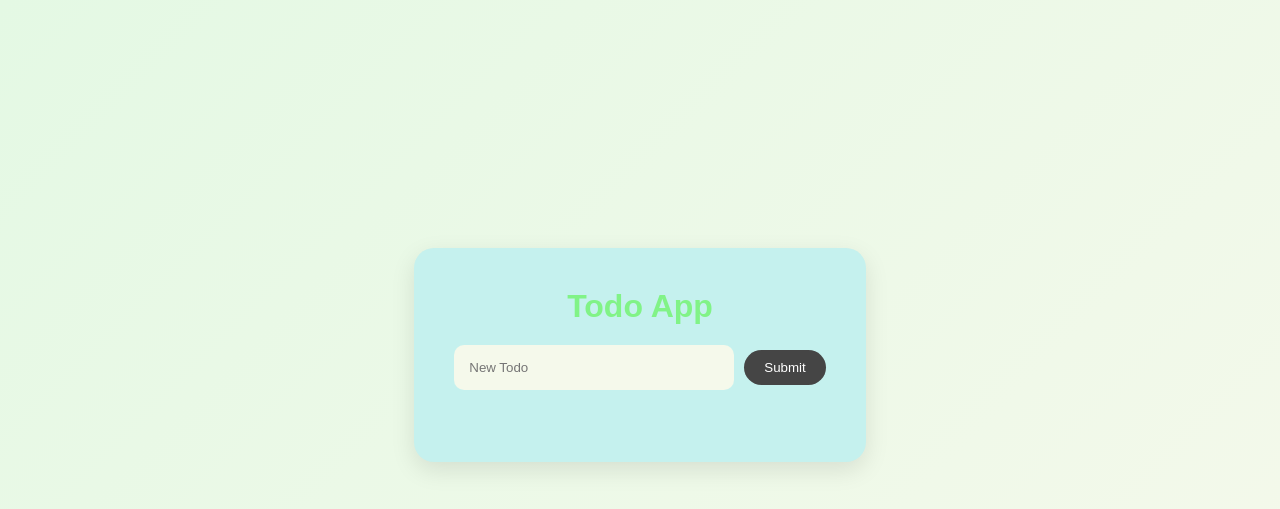
Repository: Subhadeep2609/Todo_React
Page: /
These files come from the project's save history. The page is drawn as it stood at one moment and after the next save; the edit follows.
The browser window is 1280 px wide. The pictures show the whole page.
The pointer rests on the first visible `.heading`.
The project was rebuilt for these pictures with package versions that can differ from the ones it lists, and the page was loaded fresh each time. Also part of the build but not shown: vite.config.js.

Above is the page before, as saved 2025-09-04 13:49:43.

### src/index.css
/* Reset */
* {
  padding: 0;
  margin: 0;
  box-sizing: border-box;
}

body {
  background: linear-gradient(135deg, #e4f9e4, #f5f9eb);
  height: 100vh;
  display: flex;
  justify-content: center;
  align-items: center;
  font-family: "Poppins", sans-serif;
}
.heading{
  /* font-size:20px; */
  text-align: center;
  margin-bottom: 20px;
  color:#2e7d32;
}
.heading:hover{
  color:#81f387
}
/* Container */
.container {
  background: #c5f1ee;
  padding: 40px;
  border-radius: 20px;
  box-shadow: 0 8px 25px rgba(0, 0, 0, 0.1);
  min-width: 400px;
  transition: transform 0.3s ease;
}

.container:hover {
  transform: translateY(-5px);
}

/* Input */
input {
  padding: 15px;
  border: none;
  outline: none;
  background: #f5f9eb;
  width: 280px;
  margin-right: 10px;
  border-radius: 10px;
  transition: box-shadow 0.3s ease;
}

input:focus {
  box-shadow: 0 0 8px rgba(0, 150, 136, 0.4);
}

/* Button */
button {
  border-radius: 100px;
  background: #454545;
  padding: 10px 20px;
  outline: none;
  border: none;
  color: #fff;
  cursor: pointer;
  font-weight: 500;
  transition: all 0.3s ease;
}

button:hover {
  background: #2e7d32;
  transform: scale(1.05);
}

/* Todos List */
.todos-list {
  margin-top: 2rem;
  animation: fadeIn 0.6s ease-in-out;
}

/* Todo Item */
.todo {
  list-style: none;
  display: flex;
  justify-content: space-between;
  align-items: center;
  background: #f5f9eb;
  padding: 12px 20px;
  margin: 10px 0;
  border-radius: 12px;
  box-shadow: 0 4px 12px rgba(0, 0, 0, 0.05);
  animation: slideIn 0.4s ease forwards;
  opacity: 0;
}

/* Appear animation */
@keyframes slideIn {
  from {
    transform: translateY(15px);
    opacity: 0;
  }
  to {
    transform: translateY(0);
    opacity: 1;
  }
}

/* Fade in */
@keyframes fadeIn {
  from {
    opacity: 0;
  }
  to {
    opacity: 1;
  }
}

/* Close button */
.close {
  padding: 6px 12px;
  cursor: pointer;
  border-radius: 50%;
  background: #ff5252;
  color: white;
  border: none;
  transition: all 0.3s ease;
}

.close:hover {
  background: #d32f2f;
  transform: rotate(90deg);
}

### src/App.jsx
import Todo from "./components/Todo"


function App() {


  return (
    <div>
      <Todo/>
    </div>
  )
}

export default App

### src/components/Todo.jsx
import { useState } from "react";
import "../index.css";

const Todo = () => {
  const [todos, setTodos] = useState([]);
  const [input, setInput] = useState("");

  const handleSubmit = () => {
    if (!input.trim()) return; // prevent empty todo

    setTodos((prev) => [
      ...prev,
      { text: input, id: Date.now() }, // unique id
    ]);
    setInput("");
  };

  const removeTodo = (id) =>
    setTodos((prev) => prev.filter((t) => t.id !== id));

  const handleKeyDown = (e) => {
    if (e.key === "Enter") handleSubmit();
  };

  return (

    <div className="container">
        <h1 className="heading">Todo App</h1>
      <input
        type="text"
        placeholder="New Todo"
        value={input}
        onChange={(e) => setInput(e.target.value)}
        onKeyDown={handleKeyDown}
      />

      <button type="button" onClick={handleSubmit}>
        Submit
      </button>

      <ul className="todos-list">
        {todos.map(({ text, id }) => (
          <li className="todo" key={id}>
            <span>{text}</span>
            <button
              type="button"
              className="close"
              onClick={() => removeTodo(id)}
            >
              X
            </button>
          </li>
        ))}
      </ul>
    </div>
  );
};

export default Todo;

Loaded but not shown: index.html (common file); src/main.jsx (common file)

After the next save:
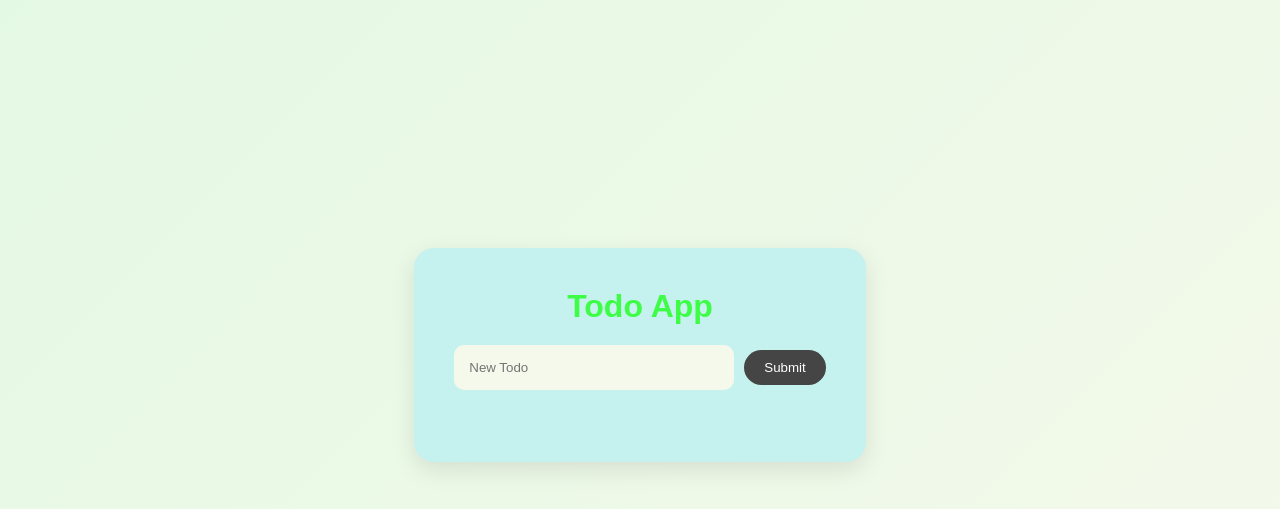
Saved 8 s later.
--- a/src/index.css
+++ b/src/index.css
@@ -20,7 +20,7 @@ body {
   color:#2e7d32;
 }
 .heading:hover{
-  color:#81f387
+  color:#3dfd46
 }
 /* Container */
 .container {
